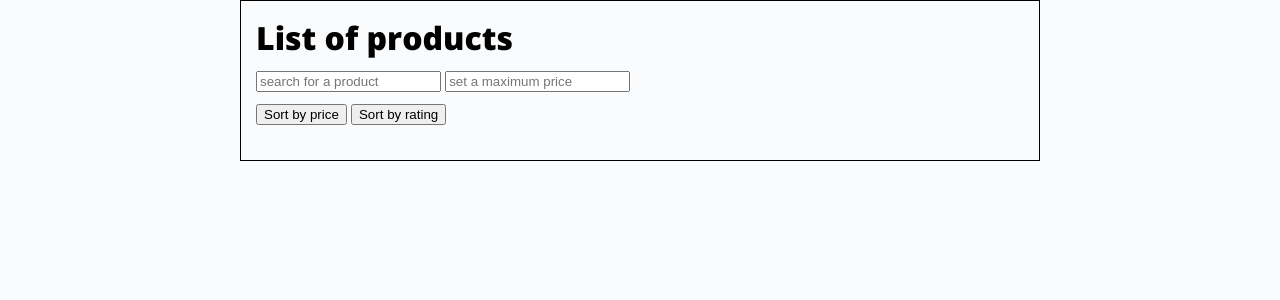
Repository: andrii1/hyf-homework
Page: javascript/javascript2/week2/hyf-bay/index.html
An editor plug-in stored every save of this project. The page is shown before and after the next save, followed by the edit.
The browser window is 1280 px wide. The pictures show the whole page.

Above is the page before, as saved 2022-07-06 12:12:39.

After the next save:
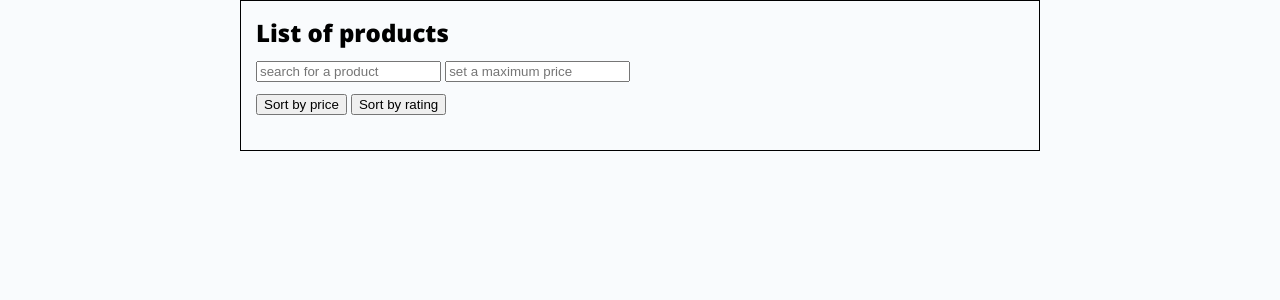
Saved 2 min 1 s later.
--- a/javascript/javascript2/week2/hyf-bay/index.html
+++ b/javascript/javascript2/week2/hyf-bay/index.html
@@ -10,14 +10,20 @@
 
 <body>
   <main>
-    <h1>List of products</h1>
-    <form action="#" class="form">
-      <input type="text" id="search" placeholder="search for a product" />
-      <input type="text" id="maximumPrice" placeholder="set a maximum price" />
-    </form>
-    <button id="price-sort">Sort by price</button>
-    <button id="rating-sort">Sort by rating</button>
-    <ul id="list"></ul>
+    <section>
+      <h1>List of products</h1>
+      <form action="#" class="form">
+        <input type="text" id="search" placeholder="search for a product" />
+        <input
+          type="text"
+          id="maximumPrice"
+          placeholder="set a maximum price"
+        />
+      </form>
+      <button id="price-sort">Sort by price</button>
+      <button id="rating-sort">Sort by rating</button>
+      <ul id="list"></ul>
+    </section>
   </main>
   <script src="hyfBayHelpers.js"></script>
   <script src="main.js"></script>
